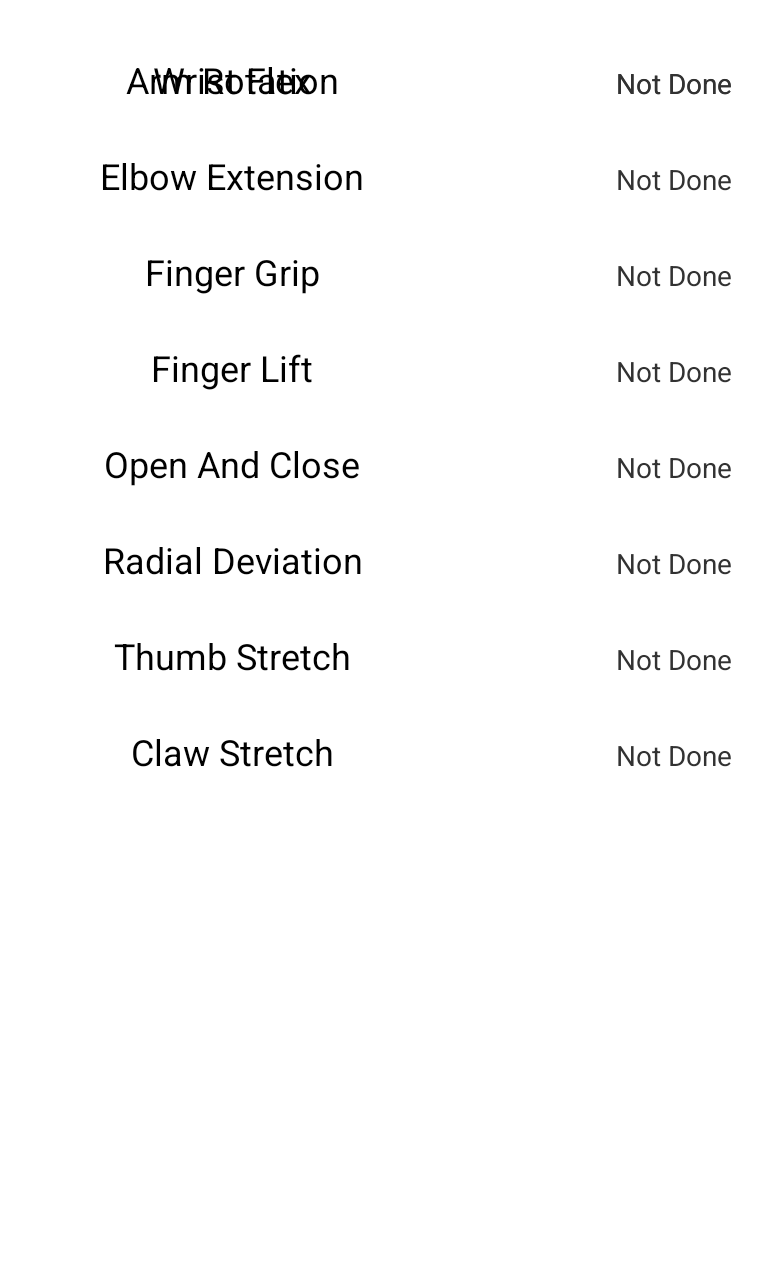
Repository: zi-yang-zhang/ECSE424-Group8
Layout: Hi Fi Prototype/ReHand/ReHand/res/layout/activity_details_page.xml
These files come from the project's save history. The layout is drawn as it stood at one moment and after the next save; the edit follows.
It is drawn on a 768 x 1280 px phone screen (xhdpi) without system bars, with theme AppTheme; the app's code is not run.

Above is the layout before, as saved 2014-02-20 02:43:38.

After the next save:
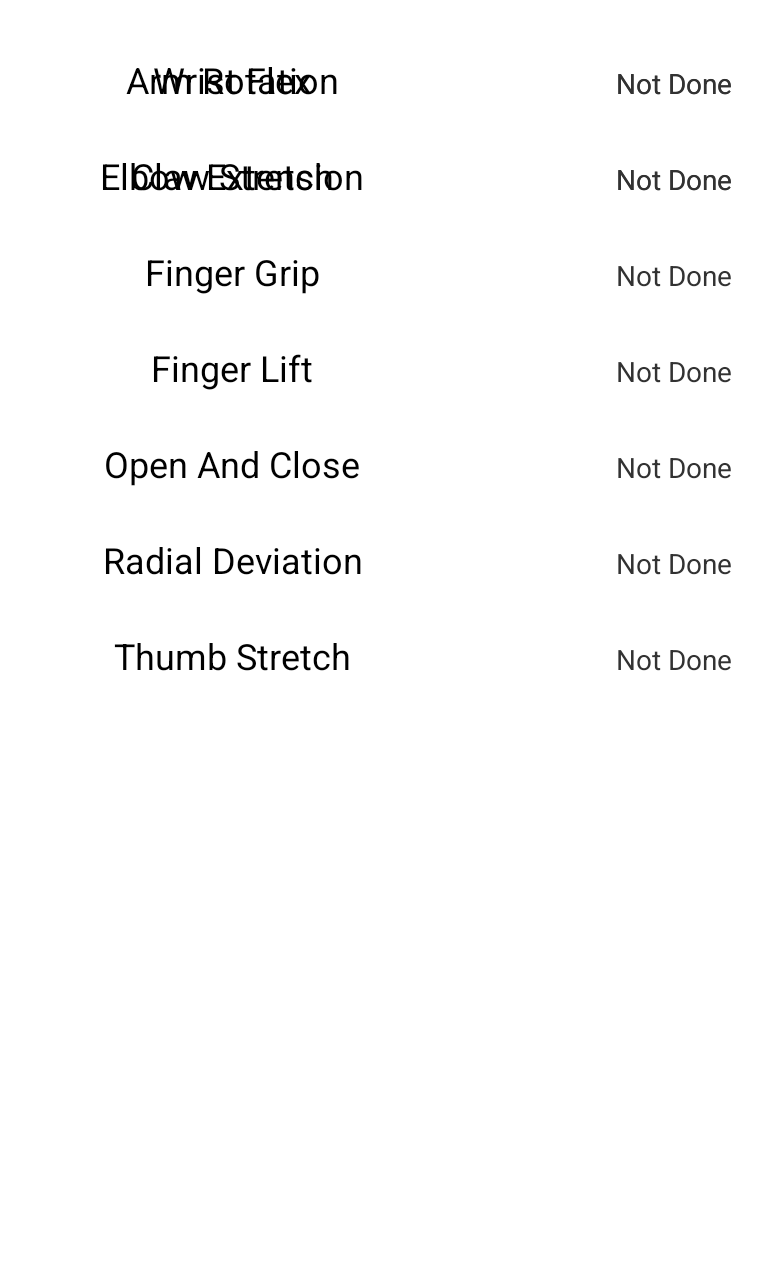
Saved 17 s later.
--- a/Hi Fi Prototype/ReHand/ReHand/res/layout/activity_details_page.xml
+++ b/Hi Fi Prototype/ReHand/ReHand/res/layout/activity_details_page.xml
@@ -174,7 +174,7 @@
         style="?android:attr/borderlessButtonStyle"
         android:layout_width="200dp"
         android:layout_height="wrap_content"
-        android:layout_below="@+id/button3"
+        android:layout_below="@+id/button1"
         android:layout_alignLeft="@+id/button6"
         android:text="@string/exercise_botton_text_claw_stretch" />
 
